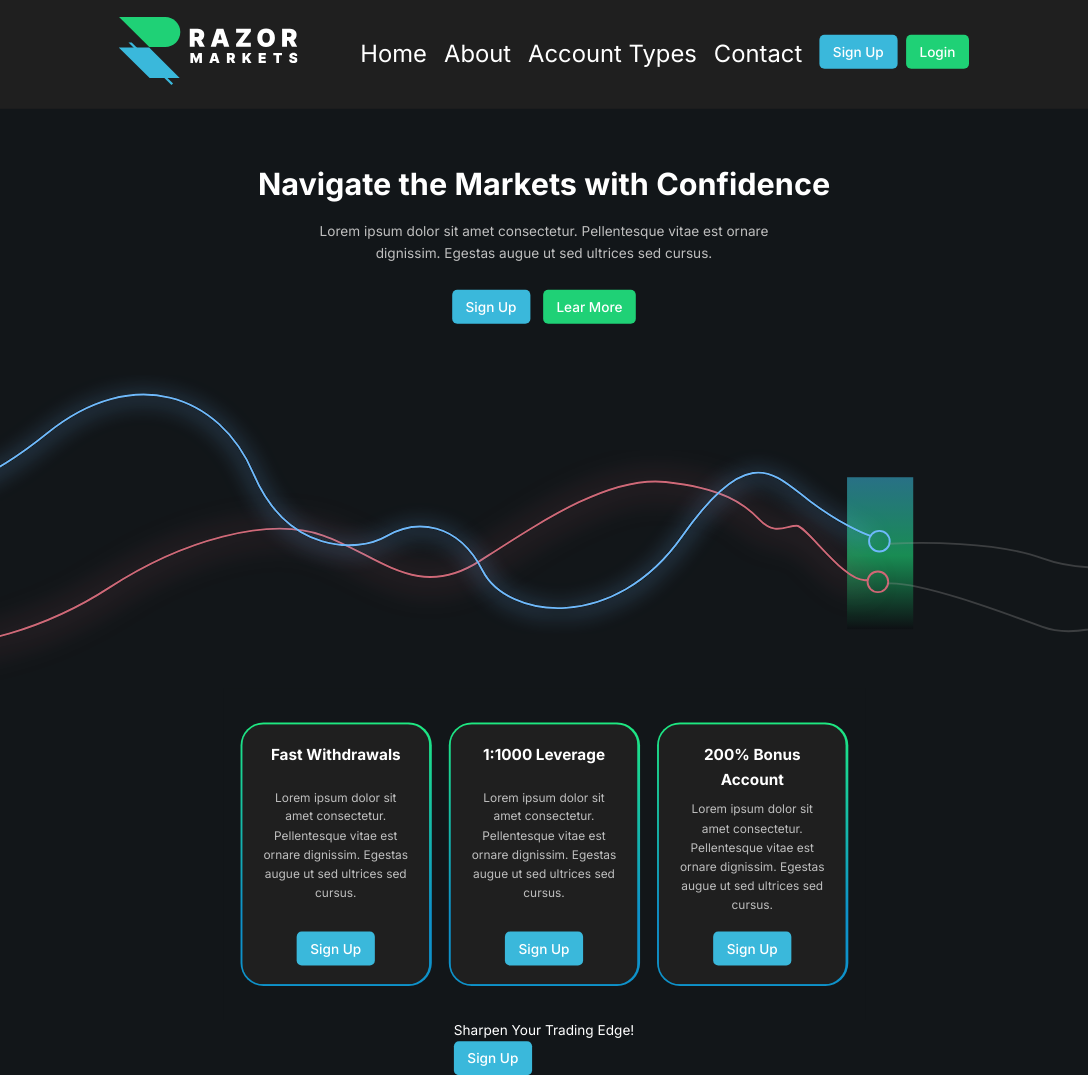
Repository: JasonMorta/razormarkets
Page: index.html
An editor plug-in stored every save of this project. The page is shown before and after the next save, followed by the edit.
The browser window is 1280 px wide. The pictures show the whole page, at 85% of full size.

Above is the page before, as saved 2024-11-07 13:09:40.

### index.html
<!DOCTYPE html>
<html lang="en">

<head>
  <meta charset="UTF-8">
  <meta name="viewport" content="width=device-width, initial-scale=1.0">
  <title>Razor Markets</title>
  <link rel="stylesheet" href="https://cdn.jsdelivr.net/npm/bulma@1.0.2/css/bulma.min.css">
  <link rel="stylesheet" href="styles/index.css">

</head>

<body>
  <header>
    <div class="header-content">
      <div class="logo">
        <img src="./assests/svg/logo.svg" alt="Razor Markets Logo"> <!-- Use your actual logo image here -->
      </div>
      <nav>
        <ul>
          <li><a href="#home">Home</a></li>
          <li><a href="#about">About</a></li>
          <li><a href="#account-types">Account Types</a></li>
          <li><a href="#contact">Contact</a></li>
        </ul>
        <div class="auth-buttons">


          <a href="#signup"> <button class="button is-info signup" class="button">Sign Up</button></a>
          <a href="#login"><button class="button is-success login">Login</button></a>
        </div>
      </nav>
    </div>
  </header>

  <main>
    <section class="hero">
      <h1>Navigate the Markets with Confidence</h1>
      <p>Lorem ipsum dolor sit amet consectetur. Pellentesque vitae est ornare dignissim. Egestas augue ut sed ultrices
        sed cursus.</p>
      <div class="cta-buttons">
        <a href="#signup"> <button class="button is-info signup" class="button">Sign Up</button></a>
          <a href="#login"><button class="button is-success login">Lear More</button></a>
      </div>
    </section>
    <div class="wave-svg">
     <img src="./assests/svg/line_wave.svg" alt="Wave SVG">
    </div>

    <section>
     <div class="features">
      <div class="card-bg">
          <div class="feature-card">
            <h3>Fast Withdrawals</h3>
            <p>Lorem ipsum dolor sit amet consectetur. Pellentesque vitae est ornare dignissim. Egestas augue ut sed
              ultrices sed cursus.</p>
              <a href="#signup"> <button class="button is-info signup" class="button">Sign Up</button></a>
          </div>
          </div>

       <div class="card-bg">
          <div class="feature-card">
            <h3>1:1000 Leverage</h3>
            <p>Lorem ipsum dolor sit amet consectetur. Pellentesque vitae est ornare dignissim. Egestas augue ut sed
              ultrices sed cursus.</p>
              <a href="#signup"> <button class="button is-success signup" class="button">Sign Up</button></a>
          </div>
       </div>
        <div class="card-bg">
          <div class="feature-card">
            <h3>200% Bonus Account</h3>
            <p>Lorem ipsum dolor sit amet consectetur. Pellentesque vitae est ornare dignissim. Egestas augue ut sed
              ultrices sed cursus.</p>
              <a href="#signup"> <button class="button is-info signup" class="button">Sign Up</button></a>
          </div>
        </div>
     </div>
    </section>

    <section>
      <div class="hero-image-container">
        <div class="text-content">
          <h1>Sharpen Your Trading Edge!</h1>
          <a href="#signup"> <button class="button is-info signup" class="button">Sign Up</button></a>
        </div>

      </div>
    </section>

  </main>
</body>

</html>

### styles/index.css
@import "https://cdn.jsdelivr.net/npm/bulma@1.0.2/css/bulma.min.css";

@import url('https://fonts.googleapis.com/css2?family=Inter:ital,opsz,wght@0,14..32,100..900;1,14..32,100..900&display=swap');

/* Reset some basic styles */
* {
  margin: 0;
  padding: 0;
  box-sizing: border-box;
}

body {

  background-color: #121619; /* Dark background */
  color: #FFFFFF; /* Light text */
  line-height: 1.6;
}

.header-content {
  max-width: 1000px;
  display: flex;
  justify-content: space-between;
  margin: auto;
  width: 100%;
}

header {
  display: flex;
  justify-content: space-between;
  align-items: center;
  padding: 20px 40px;
  background-color: #1f1f1f; /* Header background */
}

.logo img {
  height: 80px;
}

nav {
  display: flex;
  justify-content: flex-end;
  align-items: center;
  gap: 20px;
}

nav ul {
  display: flex;
  gap: 20px;
  list-style: none;
}



nav a {
  color: #FFFFFF;
  text-decoration: none;
  font-family: "Inter", sans-serif;
  font-weight: 400;
  font-size: 28px;
}

nav li a:hover {
  color: #00d1ff; /* Light blue on hover */
}

section {
  max-width: 1440px;
  margin: auto;
  display: flex;
  flex-direction: column;
  align-items: center;

}

.auth-buttons {
  display: flex;
  gap: 10px;
}

.auth-buttons .btn {
  padding: 10px 20px;
  border-radius: 5px;
  text-decoration: none;
  font-weight: 600;
  font-size: 14px;
  width: 100px;
  height: 40px;
  text-align: center  ;
}

.signup {
  background: #3AB8DB;

  color: #FFFFFF;
}

.login {
  color: #FFFFFF;
  background: #1FD176;
}

.wave-svg img {
  width: 100%;
}

/* Hero Section */
.hero {
  text-align: center;
  padding: 60px 20px;
}

.hero h1 {
  font-size: 36px;
  font-weight: bold;
  margin-bottom: 15px;
}

.hero {
  /* border: 2px solid; */
  /* border-image-source: linear-gradient(180deg, #1EE981 0%, #0E92CA 71.61%); */
  border-image-slice: 1;
}

/*
border: 2px solid;

border-image-source: linear-gradient(180deg, #1EE981 0%, #0E92CA 71.61%);


*/

.hero p {
  font-size: 16px;
  max-width: 600px;
  margin: 0 auto 30px;
  color: #BFBFBF; /* Light gray for text */
}

.cta-buttons {
  display: flex;
  justify-content: center;
  gap: 15px;
}

.cta-buttons .btn {
  padding: 12px 25px;
  border-radius: 8px;
  text-decoration: none;
  font-weight: 600;
  font-size: 16px;
}

.primary {
  background-color: #00d1ff;
  color: #FFFFFF;
}

.secondary {
  background-color: #00FF8C;
  color: #FFFFFF;
}


/* Features Section */
.features {
  display: flex;
  justify-content: center;
  gap: 20px;
  padding: 40px 20px;
  background-color: #121619; /* Matches the dark background */
}

.card-bg {
  width: 225px;
  display: flex;
  border-radius: 27px;
  background: linear-gradient(180deg, #1EE981 0%, #0E92CA 71.61%);
  flex-direction: column;
  align-items: center;
  padding: 2px;
  justify-content: center;

}


.feature-card {
  background: #1f1f1f; /* Dark card background */
  border: 2px solid transparent;
  border-radius: 25px;
  padding: 20px;
  text-align: center;
  width: 220px;
  height: 100%;
  transition: border 0.3s ease;
  display: flex;
  flex-direction: column;
  justify-content: space-between;
}



.feature-card:hover {
  border-color: #00d1ff; /* Highlight color on hover */
}

.feature-card h3 {
  font-size: 18px;
  font-weight: bold;
  color: #FFFFFF;
  margin-bottom: 10px;
}

.feature-card p {
  font-size: 14px;
  color: #BFBFBF; /* Light gray text */
  margin-bottom: 20px;
}

.feature-card .btn {
  display: inline-block;
  padding: 10px 20px;
  border-radius: 6px;
  text-decoration: none;
  font-weight: 600;
  font-size: 14px;
  background-color: #00d1ff; /* Light blue */
  color: #FFFFFF;
  transition: background-color 0.3s ease;
}

.feature-card .btn:hover {
  background-color: #00FF8C; /* Green on hover */
}

### assests/svg/logo.svg
<svg width="236" height="90" viewBox="0 0 236 90" fill="none" xmlns="http://www.w3.org/2000/svg">
<path d="M93.5605 39.4151V15.5405H103.867C105.642 15.5405 107.189 15.8643 108.52 16.5058C109.851 17.1534 110.882 18.0767 111.619 19.2938C112.357 20.5049 112.729 21.9618 112.729 23.6526C112.729 25.3434 112.351 26.8063 111.589 27.9755C110.828 29.1446 109.773 30.032 108.406 30.6315C107.039 31.2311 105.45 31.5309 103.633 31.5309H97.4757V26.4945H102.326C103.088 26.4945 103.741 26.3986 104.281 26.2068C104.82 26.0149 105.234 25.7091 105.528 25.2894C105.822 24.8697 105.966 24.3241 105.966 23.6466C105.966 22.9691 105.822 22.4055 105.528 21.9738C105.234 21.5422 104.82 21.2244 104.281 21.0205C103.741 20.8167 103.088 20.7148 102.326 20.7148H100.042V39.4151H93.5605ZM107.548 28.4551L113.52 39.4151H106.481L100.653 28.4551H107.554H107.548Z" fill="white"/>
<path d="M128.239 39.4151H121.242L129.12 15.5405H137.982L145.86 39.4151H138.863L133.641 22.1177H133.455L128.233 39.4151H128.239ZM126.932 29.996H140.08V34.8465H126.932V29.996Z" fill="white"/>
<path d="M154.805 39.4151V35.8237L166.088 20.7627H154.853V15.5405H174.344V19.1319L163.061 34.1929H174.296V39.4151H154.805Z" fill="white"/>
<path d="M206.092 27.4779C206.092 30.1339 205.577 32.3763 204.539 34.199C203.508 36.0216 202.111 37.4006 200.354 38.3359C198.598 39.2713 196.637 39.7389 194.479 39.7389C192.32 39.7389 190.336 39.2653 188.585 38.324C186.834 37.3826 185.443 35.9977 184.412 34.175C183.381 32.3523 182.865 30.1219 182.865 27.4779C182.865 24.8338 183.381 22.5794 184.412 20.7568C185.443 18.9341 186.834 17.5551 188.585 16.6198C190.336 15.6845 192.302 15.2168 194.479 15.2168C196.655 15.2168 198.598 15.6845 200.354 16.6198C202.111 17.5551 203.508 18.9341 204.539 20.7568C205.571 22.5794 206.092 24.8218 206.092 27.4779ZM199.425 27.4779C199.425 26.0509 199.239 24.8398 198.862 23.8565C198.484 22.8732 197.932 22.1298 197.195 21.6201C196.463 21.1105 195.558 20.8587 194.485 20.8587C193.412 20.8587 192.506 21.1105 191.775 21.6201C191.043 22.1298 190.486 22.8732 190.108 23.8565C189.73 24.8398 189.544 26.0449 189.544 27.4779C189.544 28.9108 189.73 30.1159 190.108 31.0992C190.486 32.0825 191.043 32.826 191.775 33.3356C192.506 33.8452 193.412 34.097 194.485 34.097C195.558 34.097 196.457 33.8452 197.195 33.3356C197.932 32.826 198.484 32.0825 198.862 31.0992C199.239 30.1159 199.425 28.9108 199.425 27.4779Z" fill="white"/>
<path d="M215.639 39.4151V15.5405H225.945C227.72 15.5405 229.267 15.8643 230.598 16.5058C231.929 17.1534 232.96 18.0767 233.698 19.2938C234.435 20.5049 234.807 21.9618 234.807 23.6526C234.807 25.3434 234.429 26.8063 233.668 27.9755C232.906 29.1446 231.851 30.032 230.484 30.6315C229.123 31.2311 227.528 31.5309 225.711 31.5309H219.554V26.4945H224.404C225.166 26.4945 225.819 26.3986 226.359 26.2068C226.898 26.0149 227.312 25.7091 227.606 25.2894C227.9 24.8697 228.044 24.3241 228.044 23.6466C228.044 22.9691 227.9 22.4055 227.606 21.9738C227.312 21.5422 226.898 21.2244 226.359 21.0205C225.819 20.8167 225.166 20.7148 224.404 20.7148H222.12V39.4151H215.639ZM229.626 28.4551L235.598 39.4151H228.559L222.731 28.4551H229.632H229.626Z" fill="white"/>
<path d="M94.4121 47.5693H98.8789L101.955 55.0579H102.11L105.186 47.5693H109.653V60.7957H106.14V53.1513H106.038L103.094 60.6938H100.977L98.0335 53.0973H97.9315V60.7957H94.4181V47.5693H94.4121Z" fill="white"/>
<path d="M123.209 60.7957H119.336L123.701 47.5693H128.611L132.976 60.7957H129.103L126.207 51.2147H126.105L123.209 60.7957ZM122.49 55.5795H129.774V58.2655H122.49V55.5795Z" fill="white"/>
<path d="M142.658 60.7957V47.5693H148.366C149.349 47.5693 150.207 47.7492 150.944 48.103C151.682 48.4627 152.251 48.9723 152.665 49.6438C153.073 50.3153 153.276 51.1188 153.276 52.0601C153.276 53.0014 153.067 53.8048 152.647 54.4583C152.227 55.1058 151.64 55.5975 150.884 55.9332C150.129 56.263 149.247 56.4309 148.24 56.4309H144.829V53.6429H147.515C147.934 53.6429 148.294 53.589 148.594 53.487C148.894 53.3791 149.121 53.2112 149.283 52.9774C149.445 52.7436 149.523 52.4438 149.523 52.0661C149.523 51.6883 149.445 51.3766 149.283 51.1427C149.121 50.9029 148.894 50.729 148.594 50.6151C148.294 50.5012 147.934 50.4412 147.515 50.4412H146.25V60.8017H142.658V60.7957ZM150.405 54.7281L153.708 60.7957H149.805L146.579 54.7281H150.405Z" fill="white"/>
<path d="M163.217 60.7957V47.5693H166.808V52.9174H166.988L170.963 47.5693H175.148L170.681 53.457L175.25 60.7897H170.963L167.995 55.8313L166.808 57.3782V60.7897H163.217V60.7957Z" fill="white"/>
<path d="M184.627 60.7957V47.5693H194.16V50.4652H188.218V52.7376H193.668V55.6335H188.218V57.9058H194.136V60.8017H184.633L184.627 60.7957Z" fill="white"/>
<path d="M204 50.4652V47.5693H215.494V50.4652H211.519V60.7957H207.981V50.4652H204.006H204Z" fill="white"/>
<path d="M232.383 51.7064C232.347 51.2747 232.191 50.9389 231.903 50.6991C231.615 50.4593 231.183 50.3394 230.602 50.3394C230.23 50.3394 229.93 50.3813 229.696 50.4713C229.463 50.5612 229.289 50.6811 229.175 50.831C229.061 50.9809 229.007 51.1548 229.001 51.3466C228.995 51.5085 229.019 51.6464 229.091 51.7783C229.163 51.9102 229.265 52.0182 229.409 52.1201C229.553 52.222 229.744 52.3119 229.972 52.3959C230.2 52.4798 230.47 52.5518 230.788 52.6177L231.873 52.8515C232.604 53.0074 233.234 53.2113 233.75 53.4631C234.271 53.7149 234.697 54.0147 235.027 54.3565C235.356 54.6982 235.602 55.0819 235.758 55.5076C235.914 55.9333 235.998 56.401 235.998 56.9046C235.998 57.774 235.776 58.5114 235.344 59.111C234.913 59.7105 234.301 60.1722 233.504 60.484C232.706 60.7958 231.747 60.9576 230.626 60.9576C229.505 60.9576 228.473 60.7898 227.622 60.448C226.765 60.1063 226.105 59.5846 225.631 58.8772C225.158 58.1697 224.924 57.2643 224.918 56.1551H228.329C228.353 56.5628 228.455 56.8986 228.635 57.1744C228.815 57.4502 229.073 57.66 229.403 57.7979C229.732 57.9418 230.122 58.0138 230.578 58.0138C230.962 58.0138 231.279 57.9658 231.543 57.8699C231.801 57.774 231.999 57.6421 232.131 57.4742C232.263 57.3063 232.335 57.1144 232.335 56.8986C232.335 56.6947 232.263 56.5209 232.137 56.365C232.011 56.2091 231.801 56.0772 231.513 55.9513C231.225 55.8314 230.836 55.7115 230.344 55.6035L229.025 55.3217C227.856 55.0699 226.932 54.6442 226.261 54.0447C225.589 53.4451 225.254 52.6357 225.26 51.5985C225.26 50.7591 225.482 50.0216 225.931 49.3921C226.381 48.7625 227.016 48.2709 227.826 47.9171C228.635 47.5634 229.559 47.3895 230.608 47.3895C231.657 47.3895 232.598 47.5694 233.378 47.9231C234.157 48.2829 234.757 48.7805 235.182 49.428C235.608 50.0756 235.818 50.831 235.824 51.7004H232.389L232.383 51.7064Z" fill="white"/>
<path d="M69.772 87.866L69.3523 88.2917L36.1425 55.4176L35.8727 55.1478L35.5369 54.8181L35.2731 54.5543L16.0392 35.5181L15.4336 34.9186H16.285L16.8905 35.5181L35.2731 53.7149L35.8727 54.3084L36.3883 54.8181L36.9939 55.4176L69.772 87.866Z" fill="#3AB9DC"/>
<path d="M69.3641 89.9885L12.5195 33.7195H16.7764L71.4686 87.854L69.3641 89.9885Z" fill="#3AB9DC"/>
<path d="M80.2575 80.6893H40.5185L0 40.5845V40.4706H19.9355H39.8709L40.5724 41.1721L41.172 41.7656L80.2575 80.6893Z" fill="#3AB8DB"/>
<path d="M81.0431 19.9355C81.0431 30.9315 72.0976 39.8709 61.1077 39.8709H40.117L0.078125 0H61.1077C72.0976 0 81.0431 8.94548 81.0431 19.9355Z" fill="#1FD176"/>
</svg>

### assests/svg/line_wave.svg
<svg width="1440" height="406" viewBox="0 0 1440 406" fill="none" xmlns="http://www.w3.org/2000/svg">
<rect opacity="0.56" x="1121.12" y="135.471" width="87.5769" height="201.029" fill="url(#paint0_linear_168_234)"/>
<circle cx="1163.91" cy="220.063" r="13.6779" stroke="#6FBAFC" stroke-width="2.5"/>
<circle cx="1161.92" cy="273.803" r="13.6779" stroke="#D06776" stroke-width="2.5"/>
<path d="M1177.01 223.5C1218.14 221.178 1319.36 220.532 1379.87 242.824C1440.37 265.117 1523.17 252.113 1557.01 242.824" stroke="#9C9C9C" stroke-opacity="0.3" stroke-width="2.5"/>
<path d="M1175.51 276C1216.64 273.678 1319.36 311.222 1379.87 333.514C1440.37 355.807 1523.17 305.853 1557.01 296.565" stroke="#9C9C9C" stroke-opacity="0.3" stroke-width="2.5"/>
<g filter="url(#filter0_d_168_234)">
<path d="M-50.9902 356C-47.0494 356 47.5295 344.723 144.079 281.894C240.628 219.064 354.911 186.844 427.816 212.62C500.72 238.396 551.951 299.615 634.707 246.451C717.464 193.288 806.131 133.681 881.006 141.736C955.881 149.791 985.437 170.734 1005.14 191.677C1024.85 212.62 1040.61 199.732 1054.4 199.732C1068.19 199.732 1117.95 276.333 1147.51 271.5" stroke="#D06978" stroke-width="2.5"/>
</g>
<g filter="url(#filter1_d_168_234)">
<path d="M-97 151.313C-81.2901 156.829 -27.33 149.658 62.8311 76.8383C175.533 -14.1858 290.283 25.1201 335.364 130.625C380.444 236.131 472.655 236.131 511.588 213.375C550.521 190.619 605.847 194.756 638.633 258.887C671.419 323.017 812.808 341.636 902.969 213.375C993.13 85.1134 1025.92 132.694 1073.05 167.863C1110.75 195.997 1142.03 209.927 1152.96 213.375" stroke="#6FBAFC" stroke-width="2.5"/>
</g>
<defs>
<filter id="filter0_d_168_234" x="-94.9902" y="99.75" width="1286.7" height="305.5" filterUnits="userSpaceOnUse" color-interpolation-filters="sRGB">
<feFlood flood-opacity="0" result="BackgroundImageFix"/>
<feColorMatrix in="SourceAlpha" type="matrix" values="0 0 0 0 0 0 0 0 0 0 0 0 0 0 0 0 0 0 127 0" result="hardAlpha"/>
<feOffset dy="4"/>
<feGaussianBlur stdDeviation="22"/>
<feComposite in2="hardAlpha" operator="out"/>
<feColorMatrix type="matrix" values="0 0 0 0 0.815686 0 0 0 0 0.403922 0 0 0 0 0.462745 0 0 0 1 0"/>
<feBlend mode="normal" in2="BackgroundImageFix" result="effect1_dropShadow_168_234"/>
<feBlend mode="normal" in="SourceGraphic" in2="effect1_dropShadow_168_234" result="shape"/>
</filter>
<filter id="filter1_d_168_234" x="-125.414" y="0.74939" width="1306.75" height="341.135" filterUnits="userSpaceOnUse" color-interpolation-filters="sRGB">
<feFlood flood-opacity="0" result="BackgroundImageFix"/>
<feColorMatrix in="SourceAlpha" type="matrix" values="0 0 0 0 0 0 0 0 0 0 0 0 0 0 0 0 0 0 127 0" result="hardAlpha"/>
<feOffset dy="4"/>
<feGaussianBlur stdDeviation="14"/>
<feComposite in2="hardAlpha" operator="out"/>
<feColorMatrix type="matrix" values="0 0 0 0 0.435294 0 0 0 0 0.729412 0 0 0 0 0.988235 0 0 0 1 0"/>
<feBlend mode="normal" in2="BackgroundImageFix" result="effect1_dropShadow_168_234"/>
<feBlend mode="normal" in="SourceGraphic" in2="effect1_dropShadow_168_234" result="shape"/>
</filter>
<linearGradient id="paint0_linear_168_234" x1="1164.9" y1="135.471" x2="1164.9" y2="336.5" gradientUnits="userSpaceOnUse">
<stop stop-color="#3AB8DB"/>
<stop offset="0.516" stop-color="#1EE981"/>
<stop offset="1" stop-color="#0A0C10"/>
</linearGradient>
</defs>
</svg>

After the next save:
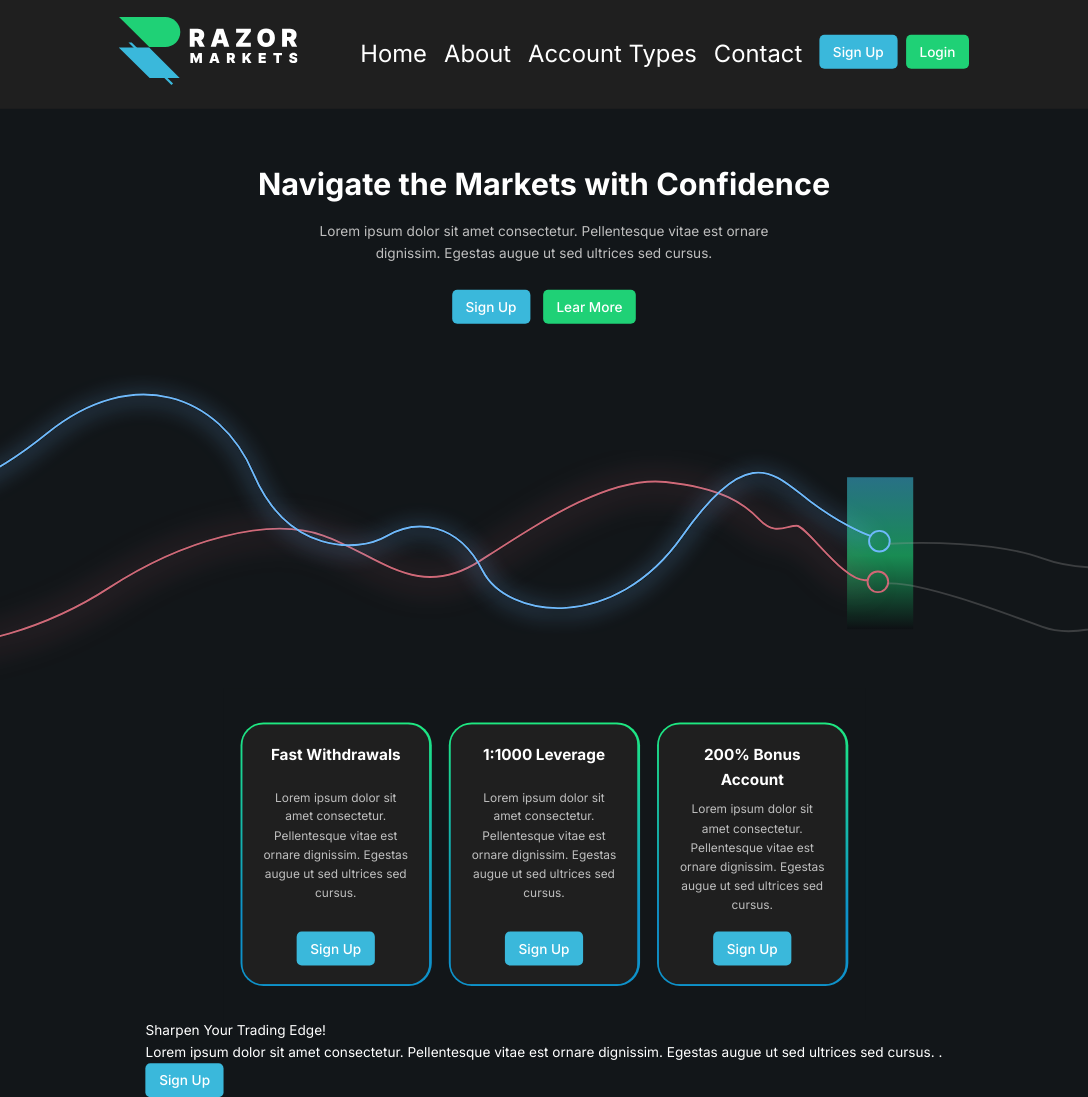
Saved 11 s later.
--- a/index.html
+++ b/index.html
@@ -81,6 +81,9 @@
       <div class="hero-image-container">
         <div class="text-content">
           <h1>Sharpen Your Trading Edge!</h1>
+          <p>
+            Lorem ipsum dolor sit amet consectetur. Pellentesque vitae est ornare dignissim. Egestas augue ut sed ultrices sed cursus. .
+          </p>
           <a href="#signup"> <button class="button is-info signup" class="button">Sign Up</button></a>
         </div>
 
